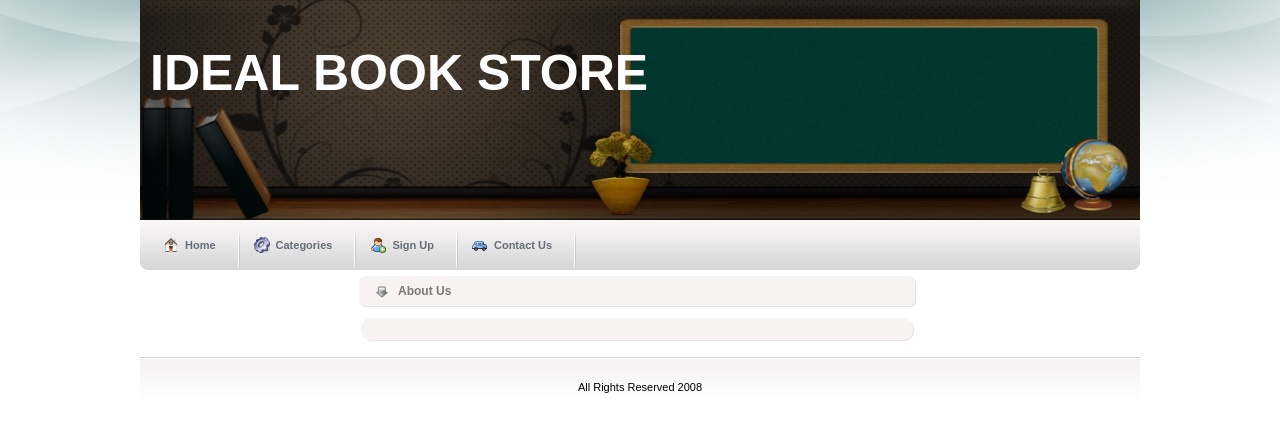
Repository: tusharjain887/Online-Book-Sales
Page: http://localhost/OnlineBook/aboutus.jsp
The author's editor kept a copy of each file at every save. The page is drawn from the files as they stood at one save, then again after the next save.
The browser window is 1280 px wide. The pictures show the whole page.
The page is served by Tomcat 9. Queries for data that is not in the repository find no rows.

Above is the page before, as saved 2013-04-08 12:46:07.

### PROJECT/workspace/workspace/OnlineBook/WebContent/aboutus.jsp
<!DOCTYPE html PUBLIC "-//W3C//DTD XHTML 1.0 Transitional//EN" "http://www.w3.org/TR/xhtml1/DTD/xhtml1-transitional.dtd">
<html xmlns="http://www.w3.org/1999/xhtml">
<head>
<title>Ideal Book Store</title>
<meta http-equiv="Content-Type" content="text/html; charset=windows-1252" />
<link rel="stylesheet" type="text/css" href="style.css" />
<!--[if IE 6]>
<link rel="stylesheet" type="text/css" href="iecss.css" />
<![endif]-->
<script type="text/javascript" src="js/boxOver.js"></script>
</head>
<body>
<div id="main_container">
  <div class="top_bar">
  <div id="header">
  <div style="float:right;font-size:14px;">
 <%  Object c=session.getAttribute("username");
if(c!=null)
	{
	out.print("Welcome  " +session.getAttribute("username").toString());
	out.print(" ,  <a href='logout.jsp'>Logout</a>");
	}
	%>
	</div>
   <div  style="padding:10px;font-size:25px;color: #FFF;"><h1>IDEAL BOOK STORE</h1></div>
  </div>
  <div id="main_content">
    <div id="menu_tab">
      <div class="left_menu_corner"></div>
      <ul class="menu">
        <li><a href="index.jsp" class="nav1"> Home</a></li>
        <li class="divider"></li>
        <li><a href="categories.jsp" class="nav2">Categories</a></li>
        <li class="divider"></li>
        <%
        if(c==null)
        {
        %><li><a href="registration.html" class="nav4">Sign Up</a></li>
        <li class="divider"></li>
        <%
        }%>
        <li><a href="contact.jsp" class="nav5">Contact Us</a></li>
        <li class="divider"></li>
      </ul>
      <div class="right_menu_corner"></div>
    </div>
    <!-- end of menu tab -->
    <div class="left_content">
    <br></br>
    </div>
    <!-- end of left content -->
    <div class="center_content">
      <div class="center_title_bar">About Us</div>
      <div class="prod_box_big">
        <div class="top_prod_box_big"></div>
        <div class="center_prod_box_big">
                  </div>
        <div class="bottom_prod_box_big"></div>
      </div>
    </div>
    <!-- end of center content -->
    <div class="right_content">
      <br></br>
    </div>
    <!-- end of right content -->
  </div>
  <!-- end of main content -->
  <div class="footer">
    <br><br>
    <center> All Rights Reserved 2008</center>
      </div>

<!-- end of main_container -->
</body>
</html>

### PROJECT/workspace/workspace/OnlineBook/WebContent/style.css
body
{
background:url(images/bg.jpg) no-repeat #fff center top;
padding:0;
font-family:Arial, Helvetica, sans-serif;
font-size:11px;
margin:0px auto auto auto;
color:#000;
}
p{
padding:2px;
margin:0px;
}
#main_container{
width:1000px;
height:auto;
margin:auto;
padding:0px;
}
.top_bar{
width:1000px;
height:38px;
background-color:#4a4a4a;
}
.top_search{
width:370px;
height:32px;
margin:0px 20px 0 0;
_margin:0px 10px 0 0;
float:right;
background:url(images/top_search_bg.gif) no-repeat center;
}
input.search_input{
width:182px;
height:18px;
float:left;
margin:5px 0 0 0 ;
border:1px solid #dbdbdb;
border-bottom-color:#ffffff;
border-right-color:#ffffff;
}
.search_text{
float:left;
width:110px;
padding:8px 0 0 15px;
color:#999999;
}
.search_text a{
text-decoration:none;
color:#999999;
}
.search_bt{
float:left;
padding:2px 0 0 15px;
}
.languages{
float:right;
width:150px;
padding:8px 0 0 0;
}
.lang_text{
float:left;
padding:0 5px 0 0;
color:#b3adad;
}
a.lang{
display:block;
float:left;
padding:0 5px 0 5px;
}
#header{
width:1000px;
height:220px;
background:url(images/header_background.jpg) no-repeat center;
background-position:0px 0px;
background-size:1000px 220px;
margin=0;
}
.leftcontent{
	padding:15px 0px 15px 5px;
	font-size:23px;
	color: #B13052;
}
.leftdowncontent{
	padding:5px 0px 15px 5px;
	font-size:18px;
	color: #B13052;
}
.logout{
	float:right;
	font-size:14px;
	color: #fff;
}
.logout a,.logout a:hover {
	color: aqua;
}

}
#logo{
padding:15px;
}
#templatemo_header {
	clear: both;
	width: 1000px;
	height: 200px;
	padding: 0;
	margin: 0;
	background: url(images/templatemo_header_bg.jpg) no-repeat;
}

#templatemo_header a,a:hover {
	color: #000;
}

#templatemo_header #templatemo_special_offers {
	float: left;
	font-size: 14px;
	margin-top: 95px;
	margin-left: 490px;
	width: 180px;
}

#templatemo_special_offers a {
	font-size: 12px;
}

#templatemo_special_offers  p {
	margin: 0 0 20px 0;
}
#templatemo_special_offers p span {
	font-size: 18px;
}

#templatemo_header #templatemo_new_books {
	float: left;
	margin-top: 90px;
	margin-left: 55px;
	width: 180px;
}

#templatemo_new_books ul {
	 margin: 0 0 10px 0;
	 padding: 0 0 0 20px;
}

#templatemo_new_books li {
	 margin: 0;
	 padding: 0;
}

/*------------------------------oferte_content-----------------------*/
.oferte_content{
width:600px;
height:264px;
float:left;
padding:0 0 0 50px;
}
.top_divider{
float:left;
width:1px;
height:164px;
}
.oferta{
width:538px;
float:left;
padding:15px 30px 0 30px;
}
.oferta_img{
float:left;
padding:0 0 10px 0;
}
.oferta_title{
font-size:15px;
color:#b72c24;
font-weight:bold;
}
.oferta_details{
width:400px;
float:left;
padding:0 0 0 30px;
}
.oferta_text{
padding:5px 0 5px 0;
font-size:12px;
color:#FFFFFF;
text-align:justify;
line-height:15px;
}
a.details{
width:83px;
height:21px;
display:block;
float:right;
margin:5px 0 0 0;
padding-left:5px;
background:url(images/details_bt_bg.gif) no-repeat center;
text-align:center;
line-height:21px;
text-decoration:none;
color:#000000;
}
/*---------------------oferta_pagination-----------------------------*/

div.oferta_pagination {
clear:both;
padding:10px 0 0 0;
_padding:0px 0 0 0;
margin:5px;
text-align:center;
float:left;
font-size:10px;
}

div.oferta_pagination a {
width:22px;
height:22px;
display:block;
float:left;
margin:0 0 0 5px;
_margin:0 0 0 3px;
line-height:23px;
text-align:center;
background:url(images/pag_bg.gif) no-repeat center;
text-decoration:none;
color:#9d8b8b;
}
div.oferta_pagination a:hover, div.pagination a:active {
width:22px;
height:22px;
display:block;
float:left;
line-height:23px;
text-align:center;
background:url(images/pag_bg_a.gif) no-repeat center;
text-decoration:none;
color:#ad1614;
}
div.oferta_pagination span.current {
width:22px;
height:22px;
display:block;
float:left;
line-height:23px;
text-align:center;
background:url(images/pag_bg_a.gif) no-repeat center;
text-decoration:none;
color:#ad1614;
}
#main_content{
clear:both;
}
/*---------------- menu tab----------------------*/
#menu_tab{
width:1000px;
height:50px;
background-color:#fff;
}
.left_menu_corner{
width:9px;
height:50px;
float:left;
background:url(images/menu_left.gif) no-repeat center;
}
.right_menu_corner{
width:9px;
height:50px;
float:left;
background:url(images/menu_right.gif) no-repeat center;
}
ul.menu {
list-style-type:none; float:left; display:block; width:982px;
margin:0px; padding:0px;background:url(images/menu_bg.gif) repeat-x;}

ul.menu li {
display:inline;
font-size:11px;
font-weight:bold;
line-height:50px;
}
ul.menu li.divider {
display:inline;
width:2px;
height:50px;
float:left;
background:url(images/menu_divider.gif) no-repeat center;
}

a.nav1:link, a.nav1:visited {
display:block; float:left; padding:0px 8px 0px 22px; margin:0 14px 0 14px;height:50px;text-decoration:none; background:url(images/home.png) no-repeat left; color:#676d77;}
a.nav2:link, a.nav2:visited {
display:block; float:left; padding:0px 8px 0px 22px; margin:0 14px 0 14px;height:50px;text-decoration:none; background:url(images/services.png) no-repeat left; color:#676d77;}
a.nav3:link, a.nav3:visited {
display:block; float:left; padding:0px 8px 0px 22px; margin:0 14px 0 14px;height:50px;text-decoration:none; background:url(images/favs.png) no-repeat left; color:#676d77;}
a.nav4:link, a.nav4:visited {
display:block; float:left; padding:0px 8px 0px 22px; margin:0 14px 0 14px;height:50px;text-decoration:none; background:url(images/user_add.png) no-repeat left; color:#676d77;}
a.nav5:link, a.nav5:visited {
display:block; float:left; padding:0px 8px 0px 22px; margin:0 14px 0 14px;height:50px;text-decoration:none; background:url(images/car.png) no-repeat left; color:#676d77;}
a.nav6:link, a.nav6:visited {
display:block; float:left; padding:0px 8px 0px 22px; margin:0 14px 0 14px;height:50px;text-decoration:none; background:url(images/contact-new.png) no-repeat left; color:#676d77;}

a.nav1:hover, a.nav2:hover, a.nav3:hover, a.nav4:hover, a.nav5:hover, a.nav6:hover {
color:#333333;}


li.currencies{
width:180px;
float:left;
padding:0 0 0 15px;
_padding:12px 0 0 15px;
color:#676d77;
font-size:11px;
font-weight:bold;
}
/*----------------crumb_navigation-------------*/
.crumb_navigation{
width:980px;
height:15px;
padding:5px 10px 0 20px;
color:#333333;
background:url(images/navbullet.png) no-repeat left;
background-position:5px 6px;
}
.crumb_navigation a{
color:#0fa0dd;
text-decoration:underline;
}
span.current{
color:#0fa0dd;
}

/*-------------left_content------------------*/
.left_content{
width:196px;
float:left;
}
.title_box{
width:196px;
height:30px;
margin:5px 0 0 0;
background:url(images/menu_title_bg.gif) no-repeat center;
text-align:center;
font-size:13px;
font-weight:bold;
color:#fff;
line-height:30px;
}
/*--------left menu---------*/
ul.left_menu{
width:196px;
padding:0px;
margin:0px;
list-style:none;
}
ul.left_menu li{
margin:0px;
list-style:none;
}
ul.left_menu li.odd a{
width:166px;height:25px;display:block;background:url(images/checked.png) no-repeat left #dad0d0; background-position:5px 5px;border-bottom:1px #FFFFFF solid;
text-decoration:none;color:#504b4b;padding:0 0 0 30px; line-height:25px;
}
ul.left_menu li.even a{
width:166px;height:25px;display:block;background:url(images/checked.png) no-repeat left #eee6e6;background-position:5px 5px;border-bottom:1px #FFFFFF solid;
text-decoration:none;color:#504b4b;padding:0 0 0 30px; line-height:25px;
}
ul.left_menu li.even a:hover, ul.left_menu li.odd a:hover{
background:url(images/checked.png) no-repeat left #7bbcc7; color:#FFFFFF;background-position:5px 5px;
}

.border_box{
width:194px;
height:auto;
text-align:center;
border:1px #6da6b1 solid;
}
.product_title{
color:#ea2222;
padding:5px 0 5px 0;
font-weight:bold;
}
.product_title a{
text-decoration:none;
color:#ea2222;
padding:5px 0 5px 0;
font-weight:bold;
}
.product_title a:hover{
color:#064E5A;
}
.product_img{
padding:5px 0 5px 0;
}
.prod_price{
padding:5px 0 5px 0;
}
span.reduce{
color:#ea2222;
text-decoration:line-through;
}
span.price{
color:#ea2222;
}
/*----------newsletter--------------*/
input.newsletter_input{
width:160px;
height:16px;
border:1px #ddd9d9 solid;
margin:10px 0 5px 0;
font-size:12px;
padding:3px;
color:#999999;
}
a.join{
width:17px;
display:block;
margin:5px 0 5px 140px;
_margin:5px 0 5px 130px;
background:url(images/blue-add.png) no-repeat left;
padding:0 0 0 20px;
text-decoration:none;
color:#1c4a52;
}
.banner_adds{
width:194px;
text-align:center;
padding:10px 0 10px 0;
}

/*center content--------------------------*/
.center_content{
width:585px;
float:left;
padding:5px 10px;
}
.center_title_bar{
width:520px;
height:33px;
float:left;
padding:0 0 0 40px;
margin:0 0 0 12px;
_margin:0 0 0 6px;
line-height:33px;
font-size:12px;
color:#847676;
font-weight:bold;
background:url(images/bar_bg.gif) no-repeat center;
}

/*----------------------right content--------------*/
.right_content{
width:196px;
float:left;
padding:5px 0 0 0;
}
.shopping_cart{
width:195px;
height:84px;
text-align:center;
background:url(images/cart_bg.gif) no-repeat center;
}
.cart_title{
font-size:12px;
font-size:12px;
color:#847676;
font-weight:bold;
padding:8px 0 0 0;
}
.cart_details{
width:115px;
float:left;
padding:5px 0 0 15px;
text-align:left;
}
.cart_icon{
float:left;
padding:5px 0 0 5px;
}
span.border_cart{
width:100px;
height:1px;
margin:3px 0 3px 0;
display:block;
border-top:1px #999999 dashed;
}
/*---------prod_box----------*/
.prod_box{
width:173px;
height:auto;
float:left;
padding:10px 10px 10px 11px;
}
.top_prod_box{
width:173px;height:12px;background:url(images/product_box_top.gif) no-repeat center bottom;float:left; padding:0px; margin:0px;
}
.bottom_prod_box{
width:173px;height:10px;background:url(images/product_box_bottom.gif) no-repeat center top;float:left;padding:0px; margin:0px;
}
.center_prod_box{
width:173px;height: auto;background:url(images/product_box_center.gif) repeat-y;float:left; text-align:center;padding:0px; margin:0px;
}
.prod_details_tab{
width:173px;
height:31px;
float:left;
background:url(images/products_details_bg.gif) no-repeat center;
margin:3px 0 0 0;
}
img.left_bt{
float:left;
padding:6px 0 0 6px;
}
a.prod_details{
width:25px;
display:block;
float:left;
background:url(images/square-blue-add.gif) no-repeat left;
padding:0 0 0 20px;
margin:7px 0 0 38px;
_margin:6px 0 0 35px;
text-decoration:none;
color:#0fa0dd;
}
/*---------prod_box_big----------*/
.prod_box_big{
width:554px;
height:auto;
float:left;
padding:10px 10px 10px 15px;
}
.top_prod_box_big{
width:554px;height:12px;background:url(images/details_box_top.gif) no-repeat center bottom;float:left; padding:0px; margin:0px;
}
.bottom_prod_box_big{
width:554px;height:12px;background:url(images/details_box_bottom.gif) no-repeat center top;float:left;padding:0px; margin:0px;
}
.center_prod_box_big{
width:554px;height: auto;background:url(images/details_box_center.gif) repeat-y;float:left; text-align:center;padding:0px; margin:0px;
}
.product_img_big{
width:170px;
padding:5px 0 5px 10px;
float:left;
}
.details_big_box{
width:345px;
float:left;
padding:0 0 0 15px;
text-align:left;
}
.product_title_big{
color:#ea2222;
padding:5px 0 5px 0;
font-weight:bold;
font-size:14px;
}
.specifications{
font-size:12px;
font-weight:bold;
line-height:18px;
}
.thumbs{
padding:8px 5px 8px 5px;
border:1px #DFD1D1 solid;
margin:3px 0 0 0;
}
.thumbs a{
padding:3px;
}
.prod_price_big{
padding:5px 0 5px 0;
font-size:16px;
}
span.reduce{
color:#ea2222;

}
span.price{
color:#ea2222;
}
a.addtocart{
width:76px;
height:27px;
display:block;
float:left;
background:url(images/addtocart.gif) no-repeat left;
padding:0 0 0 33px;
text-decoration:none;
line-height:27px;
color:#1c4a52;
}
a.compare{
width:76px;
height:27px;
display:block;
float:left;
margin:0 0 0 10px;
background:url(images/compare.gif) no-repeat left;
padding:0 0 0 33px;
text-decoration:none;
line-height:27px;
color:#1c4a52;
}
span.blue{
color:#5F9FAB;
}
/*---------------contact_form------------------*/
.contact_form{
width:355px;
float:left;
padding:0px 0 0 75px;
}
.form_row{
width:335px;
clear:both;
padding:10px 0 10px 0;
_padding:5px 0 5px 0;
color:#a53d17;
}
label.contact{
width:75px;
float:left;
font-size:12px;
text-align:right;
padding:4px 5px 0 0;
color: #333333;
}
input.contact_input{
width:253px;
height:18px;
background-color:#fff;
color:#999999;
border:1px #DFDFDF solid;
float:left;
}
textarea.contact_textarea{
width:253px;
height:50px;
font-family:Arial, Helvetica, sans-serif;
font-size:12px;
color: #999999;
background-color:#fff;
border:1px #DFDFDF solid;
float:left;
}
a.contact{
width:99px;
height:27px;
display:block;
float:right;
margin:0 0 0 10px;
background:url(images/contact_bt.gif) no-repeat left;
padding:0 0 0 10px;
text-decoration:none;
line-height:27px;
color:#1c4a52;
}
/*--------------footer----------------*/
.footer{
width:1000px;
clear:both;
height:65px;
background:url(images/footer_bg.gif) repeat-x top;
}
.left_footer{
float:left;
width:300px;
padding:5px 0 0 10px;
}
.right_footer{
float:right;
padding:15px 30px 0 0;
}
.right_footer a{
padding:0 0 0 7px;
text-decoration:none;
color: #666666;
}
.right_footer a:hover{
text-decoration:underline;
}

.center_footer{
float:left;
width:200px;
text-align:center;
color:#666666;
padding:10px 0 0 60px;
}

Loaded but not shown: PROJECT/workspace/workspace/OnlineBook/WebContent/js/boxOver.js (369 lines, source omitted)

After the next save:
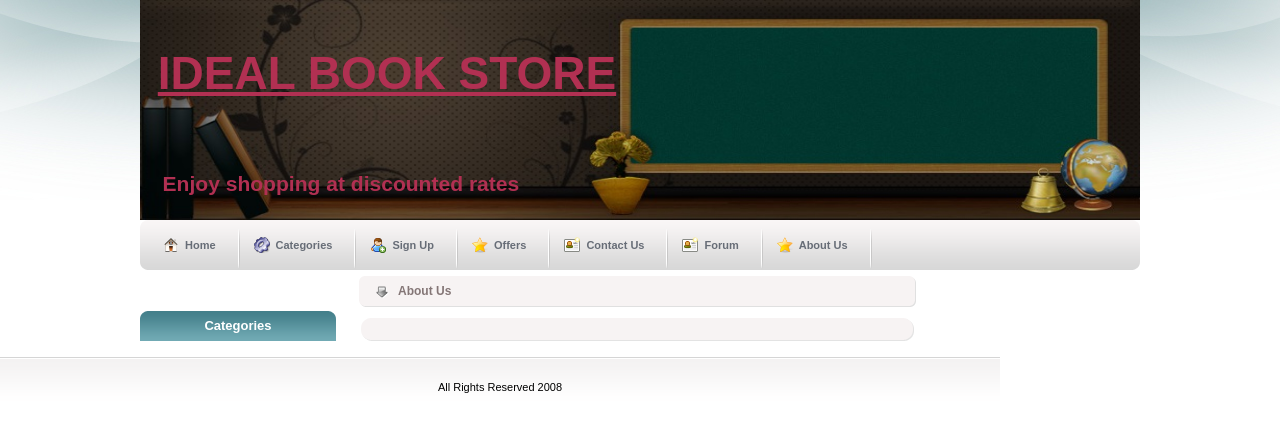
Saved 105 s later.
--- a/PROJECT/workspace/workspace/OnlineBook/WebContent/aboutus.jsp
+++ b/PROJECT/workspace/workspace/OnlineBook/WebContent/aboutus.jsp
@@ -1,7 +1,11 @@
+<%@ page import="java.sql.*"%>
+<%@ page import="java.io.*"%>
+<%@ page import="java.util.*"%>
+<%@ page import="java.lang.*"%>
 <!DOCTYPE html PUBLIC "-//W3C//DTD XHTML 1.0 Transitional//EN" "http://www.w3.org/TR/xhtml1/DTD/xhtml1-transitional.dtd">
 <html xmlns="http://www.w3.org/1999/xhtml">
 <head>
-<title>Ideal Book Store</title>
+<title>Categories</title>
 <meta http-equiv="Content-Type" content="text/html; charset=windows-1252" />
 <link rel="stylesheet" type="text/css" href="style.css" />
 <!--[if IE 6]>
@@ -11,19 +15,25 @@
 </head>
 <body>
 <div id="main_container">
-  <div class="top_bar">
+
   <div id="header">
-  <div style="float:right;font-size:14px;">
+  <div class="logout">
  <%  Object c=session.getAttribute("username");
 if(c!=null)
 	{
 	out.print("Welcome  " +session.getAttribute("username").toString());
-	out.print(" ,  <a href='logout.jsp'>Logout</a>");
+	%>
+	&nbsp<a href='myprofile.jsp'>Profile</a>
+	&nbsp<a href='logout.jsp'>Logout</a>
+	<%
 	}
 	%>
 	</div>
-   <div  style="padding:10px;font-size:25px;color: #FFF;"><h1>IDEAL BOOK STORE</h1></div>
+	<div class="leftcontent"><h1>&nbsp<u>IDEAL BOOK STORE</u></h1></div>
+    <div class="leftdowncontent"><h3>&nbsp&nbsp&nbspEnjoy shopping at discounted rates</h3></div>
+
   </div>
+
   <div id="main_content">
     <div id="menu_tab">
       <div class="left_menu_corner"></div>
@@ -38,16 +48,61 @@ if(c!=null)
         %><li><a href="registration.html" class="nav4">Sign Up</a></li>
         <li class="divider"></li>
         <%
-        }%>
-        <li><a href="contact.jsp" class="nav5">Contact Us</a></li>
+        }
+        %>
+        <li><a href="news.jsp" class="nav3">Offers</a></li>
         <li class="divider"></li>
+        <li><a href="contact.jsp" class="nav6">Contact Us</a></li>
+        <li class="divider"></li>
+        <li><a href="forum.jsp" class="nav6">Forum</a></li>
+        <li class="divider"></li>
+        <li><a href="aboutus.jsp" class="nav3">About Us</a></li>
+        <li class="divider"></li>
+
       </ul>
       <div class="right_menu_corner"></div>
     </div>
     <!-- end of menu tab -->
     <div class="left_content">
-    <br></br>
+     <br><br><br>
+      <div class="title_box">Categories</div>
+      <ul class="left_menu">
+      <%
+      try{
+    	  Class.forName("com.ibm.db2.jcc.DB2Driver").newInstance();
+	Connection Conn8=DriverManager.getConnection("jdbc:db2://localhost:50000/BOOKS","Rakesh","Rakesh");
+	PreparedStatement ps8=Conn8.prepareStatement("SELECT CAT_ID,CAT_NAME FROM CATEGORY");
+	ResultSet rs8=ps8.executeQuery();
+	while(rs8.next())
+    {
+		String name=rs8.getString(2);
+ 	%>
+        <li class="even"><%out.println("<a href='viewcategory.jsp?cat_id="+rs8.getString(1)+"'>"+name+"</a>");%></li>
+        <%
+        }
+        %>
+      </ul>
+      <%
+      PreparedStatement ps9=Conn8.prepareStatement("SELECT IMAGEURL FROM ADVERTISEMENT ORDER BY AD_ID DESC LIMIT 0,3");
+	ResultSet rs9=ps9.executeQuery();
+	while(rs9.next())
+    {
+		%>
+      <div class="banner_adds"><br><br><br> <%out.println("<img src='C:/Uploaded Images/"+rs9.getString(1)+"'></img>");%> </div>
+      <%
+      }
+	ps8.close();
+	ps9.close();
+	Conn8.close();
+      }
+      catch(Exception ex){
+  	    out.println(ex);
+  	}
+      %>
     </div>
+      </div>
+
+
     <!-- end of left content -->
     <div class="center_content">
       <div class="center_title_bar">About Us</div>
